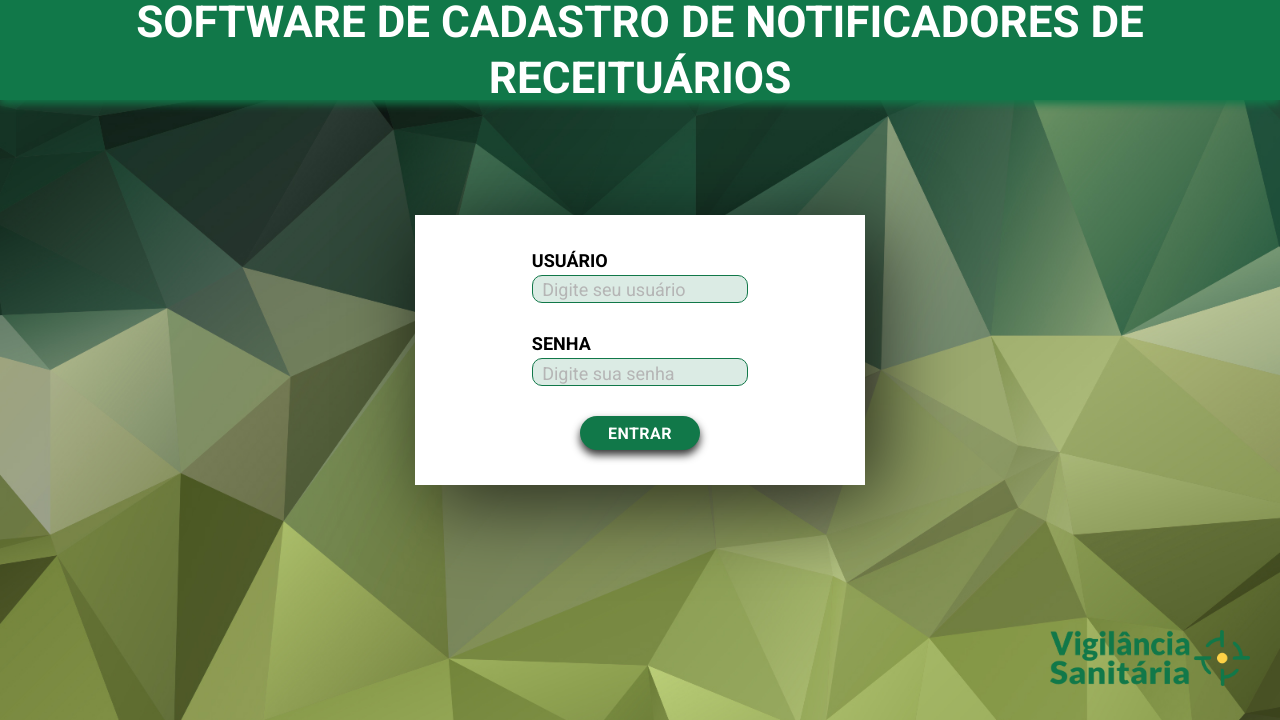
Repository: milena-rosa/web-prescription-notifier
Page: /
An editor plug-in stored every save of this project. The page is shown before and after the next save, followed by the edit.
The browser window is 1280 px wide. The pictures show the whole page.
The project was rebuilt for these pictures with package versions that can differ from the ones it lists, and the page was loaded fresh each time. Also part of the build but not shown: src/pages/Home/styles.ts, src/pages/Home/index.tsx.

Above is the page before, as saved 2021-11-07 13:29:52.

### public/index.html
<!DOCTYPE html>
<html lang="en">

<head>
  <meta charset="utf-8" />
  <link rel="preconnect" href="https://fonts.googleapis.com">
  <link rel="preconnect" href="https://fonts.gstatic.com" crossorigin>
  <link href="https://fonts.googleapis.com/css2?family=Roboto:wght@400;700&display=swap" rel="stylesheet">
  <!-- <link rel="icon" href="%PUBLIC_URL%/favicon.ico" /> -->
  <meta name="viewport" content="width=device-width, initial-scale=1" />
  <meta name="theme-color" content="#000000" />
  <title>Cadastro de Notificadores de Receituários</title>
</head>

<body>
  <noscript>You need to enable JavaScript to run this app.</noscript>
  <div id="root"></div>
</body>

</html>

### src/index.tsx
import React from 'react'
import ReactDOM from 'react-dom'

import { App } from './App'

ReactDOM.render(
  <React.StrictMode>
    <App />
  </React.StrictMode>,
  document.getElementById('root')
)

### src/App.tsx
import React from 'react'
import { BrowserRouter as Router } from 'react-router-dom'

import { Routes } from './routes'
import { GlobalStyle } from './styles/global'

export function App() {
  return (
    <Router>
      <Routes />
      <GlobalStyle />
    </Router>
  )
}

### src/routes/index.tsx
import React from 'react'
import { Switch } from 'react-router-dom'

import { Home } from '../pages/Home'
import { SignIn } from '../pages/SignIn'
import { Route } from './Route'

// import { useAuth } from '../hooks/useAuth'

export function Routes() {
  // const { loading } = useAuth()

  // if (loading) {
  //   return <h1>Abrindo...</h1>
  // }

  return (
    <Switch>
      <Route path="/" exact component={SignIn} />
      <Route path="/home" exact component={Home} isPrivate />
    </Switch>
  )
}

### src/styles/global.ts
import { createGlobalStyle } from 'styled-components'

export const GlobalStyle = createGlobalStyle`
  :root {
    --black: #000000;
    --gray: #b5b5b5;
    --white: #ffffff;

    --green-primary: #117849;
    --green-primary-70: rgba(17, 120, 73, 0.7);
    --green-primary-30: rgba(17, 120, 73, 0.3);
    --green-primary-15: rgba(17, 120, 73, 0.15);
    --green-primary-5: rgba(17, 120, 73, 0.05);

    --light-green: #dbebe4;
    --brownish-green: #51665c;

    --red: #ff0000;
    --yellow: #f6ff8f;
  }

  * {
    box-sizing: border-box;
    margin: 0;
    padding: 0;
  }

  html {
    @media (max-width: 1080px) {
      font-size: 93.75%; // 15px
    }

    @media (max-width: 720px) {
      font-size: 87.5%; // 14px
    }
  }

  body {
    background: var(--white);
    color: var(--black);
    -webkit-font-smoothing: antialiased;
  }

  body, input, textarea, button, select {
    font-family: 'Roboto', sans-serif;
    font-weight: 400;
  }

  button {
    border: none;
    cursor: pointer;
  }

  .react-modal-overlay {
    align-items: center;
    background: rgba(0, 0, 0, 0.5);
    bottom: 0;
    display: flex;
    justify-content: center;
    left: 0;
    position: fixed;
    right: 0;
    top: 0;
    z-index: 11;
  }

  .react-modal-content {
    background: var(--white);
    border-radius: 0.25rem;
    min-height: 2.4rem;
    max-width: 41rem;
    position: relative;
    z-index: 12;
  }

  .react-modal-close {
    background: transparent;
    border: 0;
    position: absolute;
    right: 1rem;
    top: 1rem;
    transition: filter 0.2s;

    &:hover {
      filter: brightness(0.8);
    }
  }
`

### src/pages/SignIn/index.tsx
import React from 'react'

import logo from '../../assets/logo.png'
import { Button } from '../../components/Button'
import { Input } from '../../components/Input'
import { useForm } from '../../hooks/useForm'
import { Container } from './styles'

interface SignInFormValues {
  user: string
  password: string
}

export const SignIn: React.FC = () => {
  const {
    data: { user, password },
    handleChange,
    errors
  } = useForm<SignInFormValues>({
    initialValues: { user: '', password: '' },
    onSubmit: (event) => console.log(event),
    validations: {
      user: { required: { value: true, message: 'Preencha o campo obrigatório.' } },
      password: { required: { value: true, message: 'Preencha o campo obrigatório.' } }
    }
  })

  return (
    <Container>
      <header>Software de Cadastro de Notificadores de Receituários</header>
      <div>
        <Input
          name="user"
          label="Usuário"
          type="text"
          placeholder="Digite seu usuário"
          value={user}
          onChange={handleChange('user')}
          errors={errors.user}
          containerStyle={{ marginBottom: '1.875rem' }}
        />
        <Input
          name="password"
          label="Senha"
          type="password"
          placeholder="Digite sua senha"
          value={password}
          onChange={handleChange('password')}
          errors={errors.password}
          containerStyle={{ marginBottom: '1.875rem' }}
        />
        <Button>Entrar</Button>
      </div>
      <footer>
        <img src={logo} alt="Vigilância Sanitária" />
      </footer>
    </Container>
  )
}

### src/routes/Route.tsx
import React, { ComponentType } from 'react'
import { RouteProps as ReactDOMRouteProps, Route as ReactDOMRoute, Redirect } from 'react-router-dom'

interface IRouteProps extends ReactDOMRouteProps {
  isPrivate?: boolean
  component: ComponentType
}

export function Route({ isPrivate = false, component: Component, ...rest }: IRouteProps) {
  const isSigned = false

  return (
    <ReactDOMRoute
      {...rest}
      render={({ location }) =>
        (isPrivate && isSigned) || (!isPrivate && !isSigned) ? (
          <Component />
        ) : (
          <Redirect
            to={{
              pathname: isPrivate ? '/' : '/home',
              state: { from: location }
            }}
          />
        )
      }
    />
  )
}

### src/components/Button/index.tsx
import React, { ButtonHTMLAttributes } from 'react'

import { Container } from './styles'

interface ButtonProps extends ButtonHTMLAttributes<HTMLButtonElement> {
  buttonStyle?: object
}

export function Button({ children, buttonStyle = {}, ...rest }: ButtonProps) {
  return (
    <Container style={buttonStyle} {...rest}>
      {children}
    </Container>
  )
}

### src/components/Input/index.tsx
import React, { InputHTMLAttributes, useCallback, useState } from 'react'

import { Container, InputInformationContainer, Error, InputContainer } from './styles'

interface InputProps extends InputHTMLAttributes<HTMLInputElement> {
  name: string
  label?: string
  errors?: string
  containerStyle?: object
  inputStyle?: object
}

export const Input = ({
  name,
  label,
  containerStyle = {},
  inputStyle = {},
  errors,
  value,
  onBlur,
  disabled = false,
  ...rest
}: InputProps) => {
  const [isFocused, setIsFocused] = useState(false)

  const handleInputFocus = useCallback(() => {
    setIsFocused(true)
  }, [])

  const handleInputBlur = useCallback(
    (event: React.FocusEvent<HTMLInputElement>) => {
      if (onBlur) {
        onBlur(event)
      }
      setIsFocused(false)
    },
    [onBlur]
  )

  return (
    <Container>
      <InputInformationContainer>{!!label && <label htmlFor={name}>{label}</label>}</InputInformationContainer>
      <InputContainer style={containerStyle} isFocused={isFocused} isInvalid={!!errors} disabled={disabled}>
        <input
          {...rest}
          value={value || ''}
          id={name}
          name={name}
          onFocus={handleInputFocus}
          onBlur={handleInputBlur}
          style={inputStyle}
        />
      </InputContainer>
      {!!errors && <Error>{errors}</Error>}
    </Container>
  )
}

### src/hooks/useForm.ts
import { ChangeEvent, FormEvent, useState } from 'react'

interface Validation {
  required?: {
    value: boolean
    message: string
  }
  pattern?: {
    value: string
    message: string
  }
  custom?: {
    isValid: (value: any) => boolean
    message: string
  }
}

type Validations<T extends {}> = Partial<Record<keyof T, Validation>>
type ErrorRecord<T> = Partial<Record<keyof T, string>>

export type FormOptions<T extends {}> = {
  validations?: Validations<T>
  initialValues?: Partial<T>
  onSubmit?: (event?: any) => void
}

export type FormReturn<T extends {}> = {
  data: T
  handleChange: <S extends unknown>(
    key: keyof T,
    sanitizeFn?: ((value: string) => S) | undefined
  ) => (event: ChangeEvent<HTMLInputElement & HTMLSelectElement & HTMLTextAreaElement>) => void
  handleSubmit: (event: FormEvent<HTMLFormElement>) => Promise<void>
  reset: () => void
  setValue: (key: keyof T, value: any) => void
  errors: Partial<Record<keyof T, string>>
}

export const useForm = <T extends Record<keyof T, any>>(options?: FormOptions<T>) => {
  const [data, setData] = useState<T>((options?.initialValues || {}) as T)
  const [errors, setErrors] = useState<ErrorRecord<T>>({})

  const handleChange =
    <S extends unknown>(key: keyof T, sanitizeFn?: (value: string) => S) =>
    (event: ChangeEvent<HTMLInputElement & HTMLSelectElement & HTMLTextAreaElement>) => {
      const value =
        event.target.type === 'checkbox'
          ? event.target.checked
          : sanitizeFn
          ? sanitizeFn(event.target.value)
          : event.target.value

      setData({
        ...data,
        [key]: value
      })
    }

  const handleSubmit = async (event: FormEvent<HTMLFormElement>) => {
    event?.preventDefault()

    const validations = options?.validations
    if (validations) {
      let valid = true
      const newErrors: Partial<Record<keyof T, string>> = {}

      for (const key in validations) {
        const value = data[key]
        const validation = validations[key]

        if (validation?.required?.value && !value) {
          valid = false
          newErrors[key] = validation?.required?.message
        }

        const pattern = validation?.pattern
        if (pattern?.value && !RegExp(pattern.value).test(value)) {
          valid = false
          newErrors[key] = pattern.message
        }

        const custom = validation?.custom
        if (custom?.isValid && !custom.isValid(value)) {
          valid = false
          newErrors[key] = custom.message
        }
      }

      if (!valid) {
        setErrors(newErrors)
        return
      }
    }

    setErrors({})

    if (options?.onSubmit) {
      options.onSubmit()
    }
  }

  const reset = () => {
    setData({} as T)
    setErrors({})
  }

  const setValue = (key: keyof T, value: any) => {
    setData({
      ...data,
      [key]: value
    })
  }

  return {
    data,
    handleChange,
    handleSubmit,
    reset,
    setValue,
    errors
  }
}

### src/pages/SignIn/styles.ts
import styled from 'styled-components'

import backgroundImg from '../../assets/background.png'

export const Container = styled.div`
  align-items: center;
  background: url(${backgroundImg}) no-repeat center center fixed;
  background-size: cover;
  bottom: 0;
  display: flex;
  flex-direction: column;
  justify-content: space-between;
  left: 0;
  position: fixed;
  right: 0;
  top: 0;
  z-index: 11;

  header {
    align-items: center;
    background: var(--green-primary);
    color: var(--white);
    display: flex;
    filter: drop-shadow(0px 4px 4px var(--green-primary));
    font-weight: bold;
    font-size: 2.75rem;
    height: 6.25rem;
    justify-content: center;
    line-height: 3.5rem;
    text-align: center;
    text-transform: uppercase;
    width: 100%;
  }

  > div {
    align-items: center;
    background-color: var(--white);
    display: flex;
    filter: drop-shadow(15px 15px 42px rgba(0, 0, 0, 0.7));
    flex-direction: column;
    height: 16.875rem;
    padding: 2.1875rem 4.6875rem;
    width: 28.125rem;
  }

  footer {
    /* background: lime; */
    align-self: flex-end;

    > img {
      margin: 1.875rem;
      width: 12.5rem;
    }
  }
`

### src/components/Button/styles.ts
import styled from 'styled-components'

export const Container = styled.button`
  align-items: center;
  background: var(--green-primary);
  border: 0;
  border-radius: 3.125rem;
  box-shadow: 0px 5px 8px rgba(0, 0, 0, 0.8);
  color: var(--white);
  display: flex;
  font-weight: bold;
  font-size: 1rem;
  height: 2.5rem;
  justify-content: center;
  letter-spacing: 0.03em;
  line-height: 1.1875rem;
  min-width: 7.5rem;
  text-align: center;
  text-transform: uppercase;

  &:disabled {
    background: var(--gray-20);
    box-shadow: 0 6px 12px rgba(51, 51, 51, 0.25);
    color: var(--gray-40);
  }

  &:hover {
    transform: translate(1px, 1px);
  }
`

### src/components/Input/styles.ts
import styled, { css } from 'styled-components'

export const Container = styled.div`
  display: flex;
  flex-direction: column;
`

interface InputContainerProps {
  isFocused: boolean
  isInvalid: boolean
  disabled: boolean
}

export const InputContainer = styled.div<InputContainerProps>`
  background: ${(props) => (props.disabled ? 'var(--gray-20)' : 'var(--green-primary-15)')};
  border: 1px solid ${(props) => (props.disabled ? 'transparent' : 'var(--green-primary)')};
  border-radius: 0.625rem;
  color: ${(props) => (props.disabled ? 'var(--gray-60)' : 'var(--black)')};
  height: 1.76rem;
  position: relative;

  ${(props) =>
    props.isFocused &&
    css`
      border-color: var(--blue-primary);
    `}

  ${(props) =>
    props.isInvalid &&
    css`
      border-color: var(--orange);
    `}

  input {
    background: transparent;
    border: 0;
    font-size: 1.125rem;
    line-height: 1.3125rem;
    height: 100%;
    min-height: 1.76rem;
    outline: 0;
    padding-left: 0.58rem;
    width: 100%;

    &::placeholder {
      color: var(--gray);
    }
  }
`

export const InputInformationContainer = styled.div`
  align-items: baseline;
  display: flex;
  justify-content: space-between;

  label {
    color: var(--black);
    display: block;
    font-size: 1.125rem;
    font-weight: bold;
    line-height: 1.3125rem;
    text-transform: uppercase;
    margin-bottom: 0.25rem;
  }
`

export const Error = styled.p`
  color: var(--orange);
  font-size: 1rem;
  line-height: 1.25rem;
  margin-top: 0.5rem;
`

After the next save:
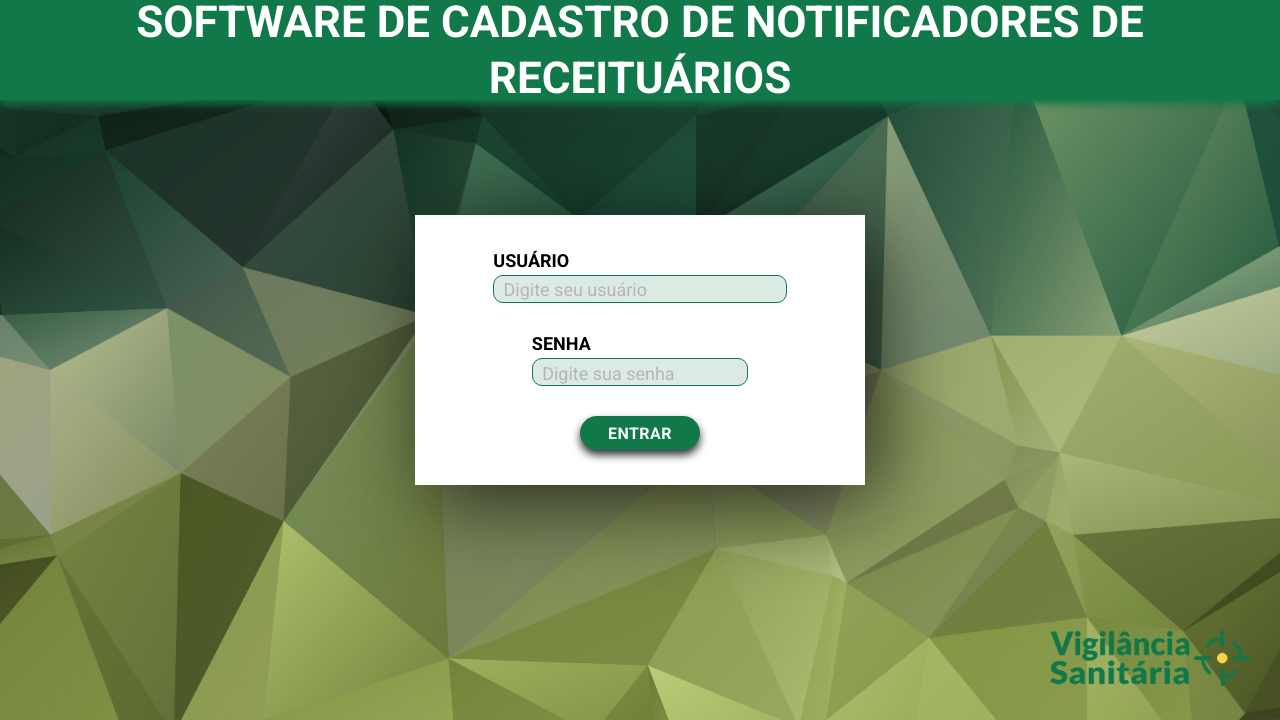
Saved 29 s later.
--- a/src/pages/SignIn/index.tsx
+++ b/src/pages/SignIn/index.tsx
@@ -37,7 +37,7 @@
           value={user}
           onChange={handleChange('user')}
           errors={errors.user}
-          containerStyle={{ marginBottom: '1.875rem' }}
+          containerStyle={{ marginBottom: '1.875rem', width: '18.3425rem' }}
         />
         <Input
           name="password"
